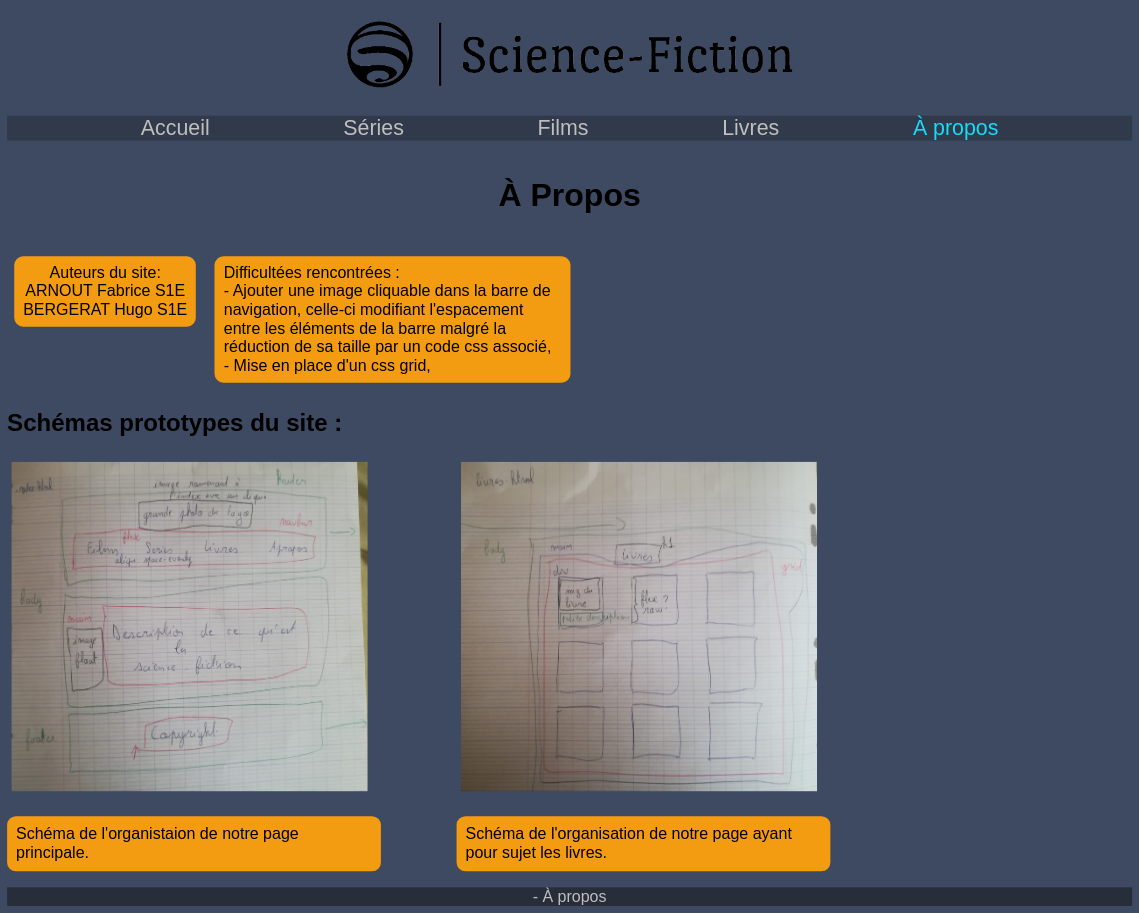
Repository: Emalios/Projet-Web
Page: html/a-propos.html
These files come from the project's save history. The page is drawn as it stood at one moment and after the next save; the edit follows.
The browser window is 1280 px wide. The pictures show the whole page, at 89% of full size.

Above is the page before, as saved 2020-11-11 19:03:26.

### html/a-propos.html
<!DOCTYPE html>
<html lang="fr" dir="ltr">

<head>
  <meta charset="utf-8">
  <meta name="viewport" content="width=device-width, initial-scale=1.0">
  <title>Science-Fiction - À propos</title>
  <link rel="icon" href="../images/small_icon.png" type="image/png">
  <link rel="stylesheet" href="../css/common.css">
  <link rel="stylesheet" href="../css/a-propos.css">
</head>

<body>
  <header>
    <img id="logo" src="../images/logo_large.png" alt="logo de Science-fiction">
    <nav class="navbar">
      <a href="../index.html" class="nav-link">Accueil</a>
      <a href="series.html" class="nav-link">Séries</a>
      <a href="films.html" class="nav-link">Films</a>
      <a href="livres.html" class="nav-link">Livres</a>
      <a href="a-propos.html" id="active" class="nav-link">À propos</a>
    </nav>
  </header>
  <main>
    <h1 id="title">À Propos</h1>
    <div class="presentation">
      <p id="auteurs" class="texte">Auteurs du site:<br>ARNOUT Fabrice S1E<br>BERGERAT Hugo S1E</p>
      <p id="difficultes" class="texte">Difficultées rencontrées :<br>- Ajouter une image cliquable dans la barre de navigation, celle-ci modifiant l'espacement entre les éléments de la barre malgré la réduction de sa taille par un code css associé,
        <br> - Mise en place d'un css grid,
      </p>
    </div>
    <h2 id="sous-titre"> Schémas prototypes du site :</h2>
    <section class="section">
      <img id="schema_index" src="../images/schema_index.jpg" alt="schema de l'index de notre site">
      <p class="legende">Schéma de l'organistaion de notre page principale.</p>
    </section>
    <section class="section">
      <img id="schema_livres" src="../images/schema_livres.jpg" alt="schema de la pasges 'Livres' de notre site">
      <p class="legende">Schéma de l'organisation de notre page ayant pour sujet les livres.</p>
    </section>
  </main>
  <footer><a href="a-propos.html" class="footer-link">- À propos</a></footer>
</body>


</html>

### css/common.css
body {
  background-color: #3e4a61;
  font-size: 18px;
  font-family: "Source Sans Pro", sans-serif;
}

#logo {
  display: block;
  margin-left: auto;
  margin-right: auto;
  padding-top: 1rem;
  padding-bottom: 2rem;
  max-width: 500px;
}

ul {
  list-style: none outside none;
}

.navbar {
  font-size: 24px;
  display: flex;
  flex-wrap: wrap;
  justify-content: space-evenly;
  padding: 0;
  background-color: #313a4b;
}

.nav-link, .footer-link {
  text-decoration: none;
  color: #c0bebe;
}

.nav-link:hover {
  color: #19dafa;
}

#active {
  color: #19dafa !important;
}

#title {
  text-align: center;
  padding: 1rem;
}

footer {
  background-color: #272e3a;
  text-align: center;
}

@media all and (max-width: 700px) {
  #logo {
    display: block;
    margin-left: auto;
    margin-right: auto;
    padding-top: 1em;
    width: 85%;
    max-width: 500px;
  }

}

### css/a-propos.css
/** début css pour a propos */
.texte {
  display: inline-flex;
  flex-direction: row;
  margin: 8px;
  padding: 8px 10px;
  background-color: #f39c12;
  border-radius: 10px;
  max-width: 30%;
}

#auteurs {
  min-width: 155px;
  text-align: center;
}

#difficultes {
  min-width: 260px;
}

.description {
  display: block;
  text-align: justify;
  margin: 0px 5px 5px 5px;
}

section {
  display: inline-block;
  flex-direction: column;
  max-width: 500px;
  vertical-align: top;
  margin-right: auto;
  margin-left: auto;
}

#schema_index, #schema_livres {
  display: inline-block;
  padding: 5px;
  width: 400px;
  height: 370px;
}

.legende {
  display: inline-block;
  max-width: 400px;
  padding: 10px 10px;
  background-color: #f39c12;
  border-radius: 10px;
}

@media all and (max-width: 700px) {
  .texte {
    display: flex;
    flex-direction: column;
    margin-right: auto;
    margin-left: auto;
    padding: 8px 10px;
    background-color: #f39c12;
    border-radius: 10px;
    min-width: 70%;
    vertical-align: top;
  }
}

/** fin css pour a propos */

After the next save:
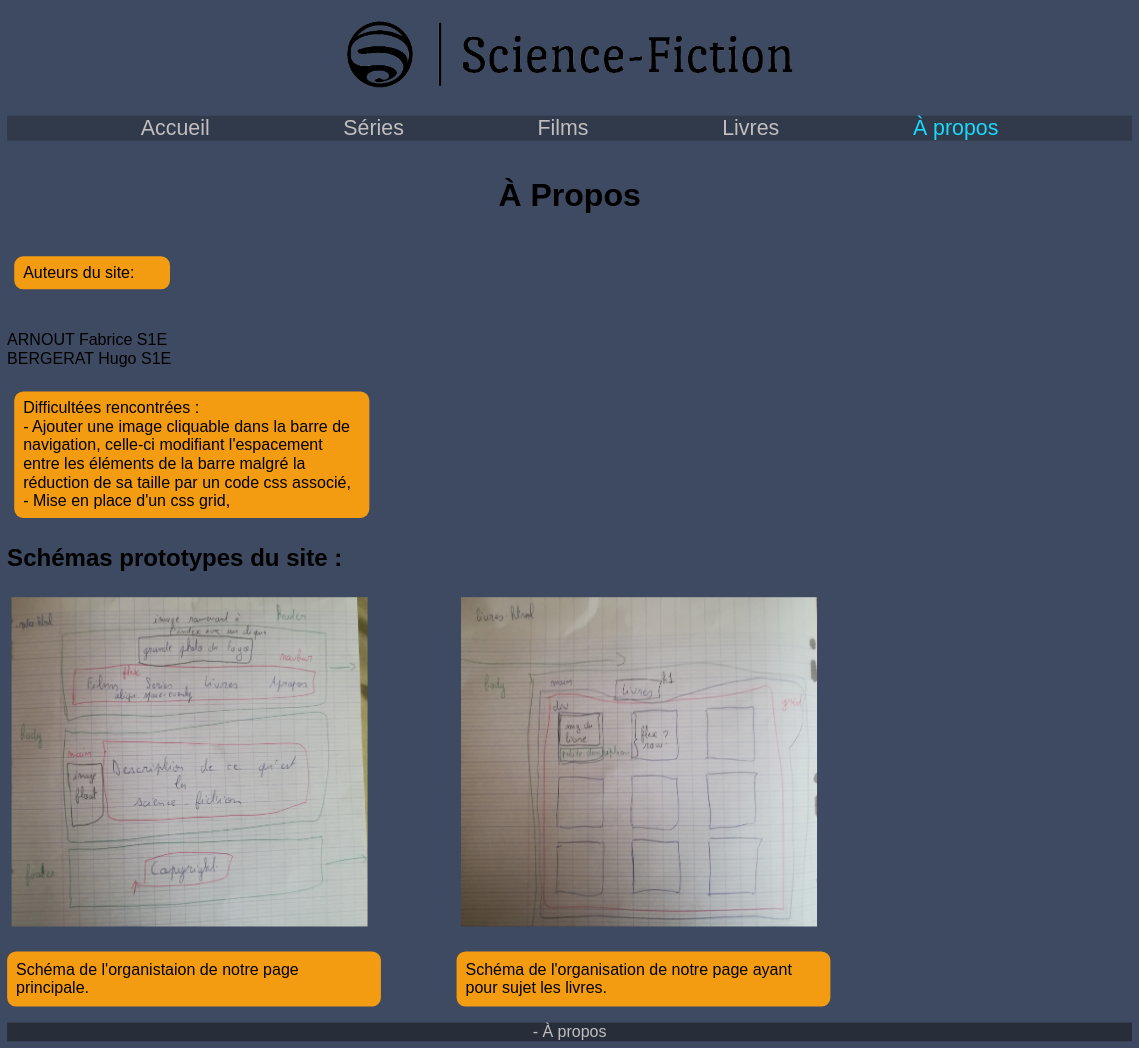
Saved 47 s later.
--- a/html/a-propos.html
+++ b/html/a-propos.html
@@ -24,7 +24,7 @@
   <main>
     <h1 id="title">À Propos</h1>
     <div class="presentation">
-      <p id="auteurs" class="texte">Auteurs du site:<br>ARNOUT Fabrice S1E<br>BERGERAT Hugo S1E</p>
+      <p id="auteurs" class="texte">Auteurs du site: <ul id="auteurs"></ul> <br>ARNOUT Fabrice S1E<br>BERGERAT Hugo S1E</p>
       <p id="difficultes" class="texte">Difficultées rencontrées :<br>- Ajouter une image cliquable dans la barre de navigation, celle-ci modifiant l'espacement entre les éléments de la barre malgré la réduction de sa taille par un code css associé,
         <br> - Mise en place d'un css grid,
       </p>
